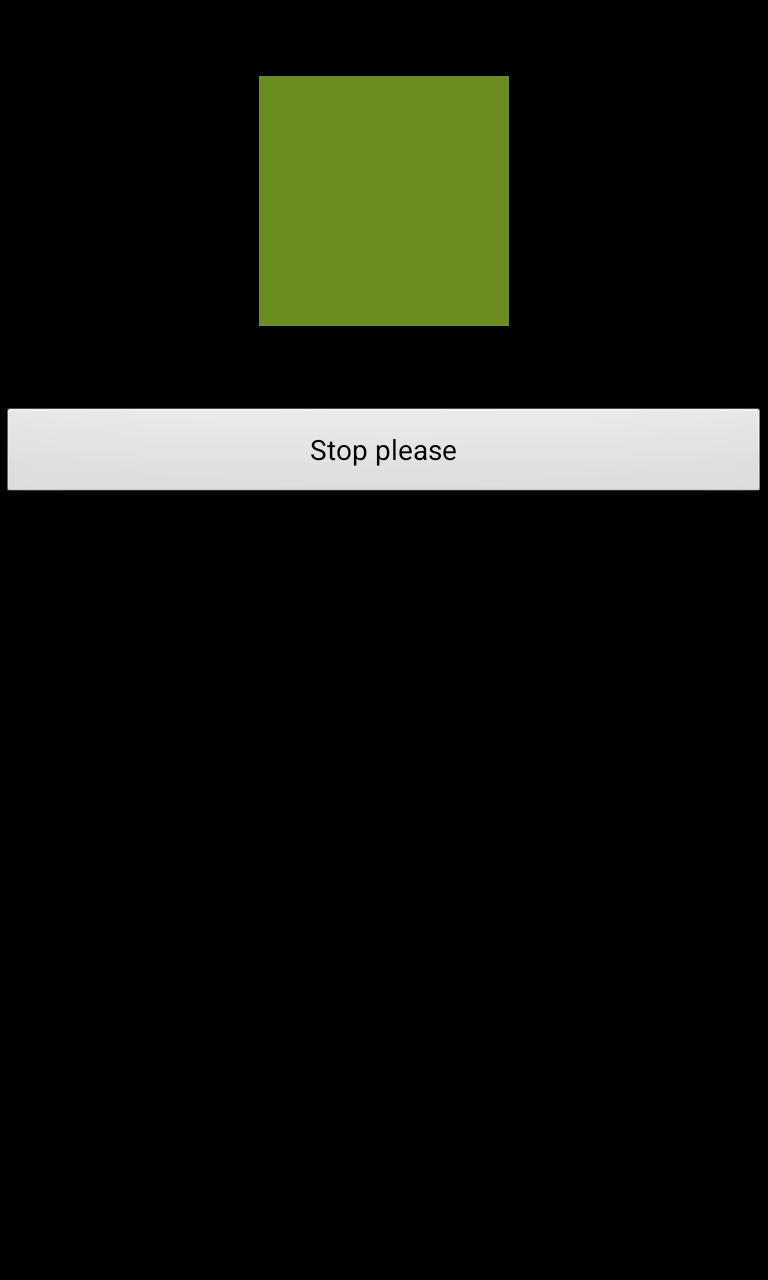
Repository: L8/open_robot
Layout: Android/TouchRobot/res/layout/control_robot_main.xml
The author's editor kept a copy of each file at every save. The layout is drawn from the files as they stood at one save, then again after the next save.
It is drawn on a 768 x 1280 px phone screen (xhdpi) without system bars, with theme android:Theme; the app's code is not run.

Above is the layout before, as saved 2010-10-19 08:32:43.

After the next save:
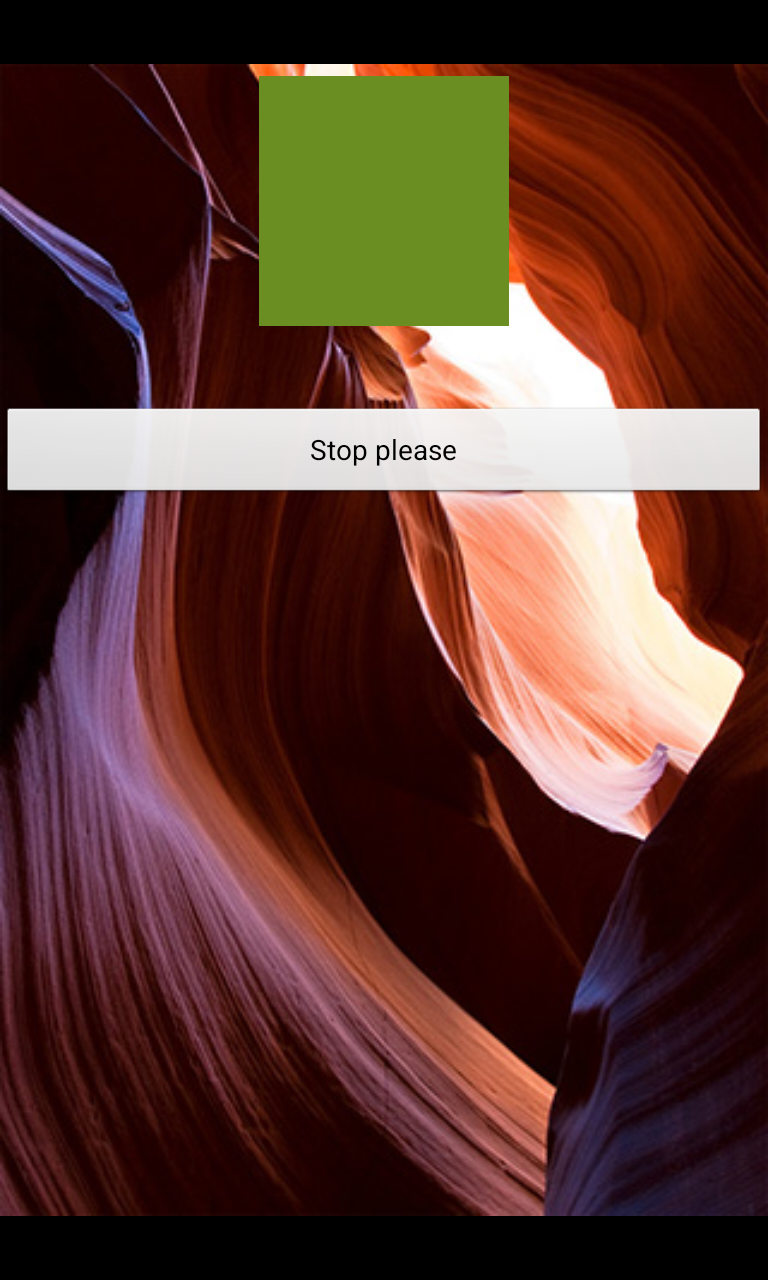
Saved 21 s later.
--- a/Android/TouchRobot/res/layout/control_robot_main.xml
+++ b/Android/TouchRobot/res/layout/control_robot_main.xml
@@ -6,7 +6,7 @@
     <ImageView android:id="@+id/video_image"
     android:layout_width="fill_parent"
     android:layout_height="fill_parent"
-    />
+    android:src="@drawable/antelope_canyon"/>
 
 <LinearLayout xmlns:android="http://schemas.android.com/apk/res/android"
     android:orientation="vertical"

After the 5 saves that followed:
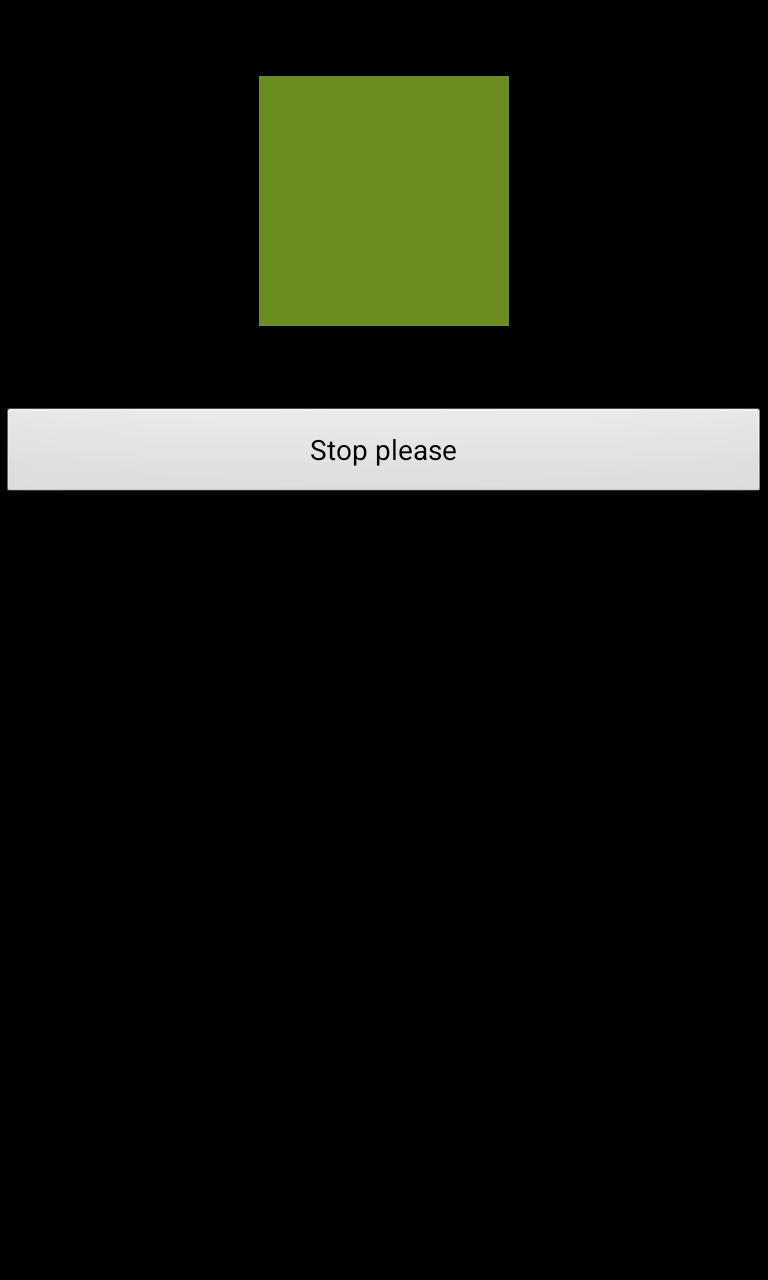
The 5 saves are shown as one change because 4 did not build or start.
The last was saved 2 min 59 s later.
--- a/Android/TouchRobot/res/layout/control_robot_main.xml
+++ b/Android/TouchRobot/res/layout/control_robot_main.xml
@@ -5,8 +5,8 @@
 
     <ImageView android:id="@+id/video_image"
     android:layout_width="fill_parent"
-    android:layout_height="fill_parent"
-    android:src="@drawable/antelope_canyon"/>
+    android:layout_height="fill_parent" />
+    <!-- doesn't work on android 1.5 ... android:src="@drawable/antelope_canyon" -->
 
 <LinearLayout xmlns:android="http://schemas.android.com/apk/res/android"
     android:orientation="vertical"
